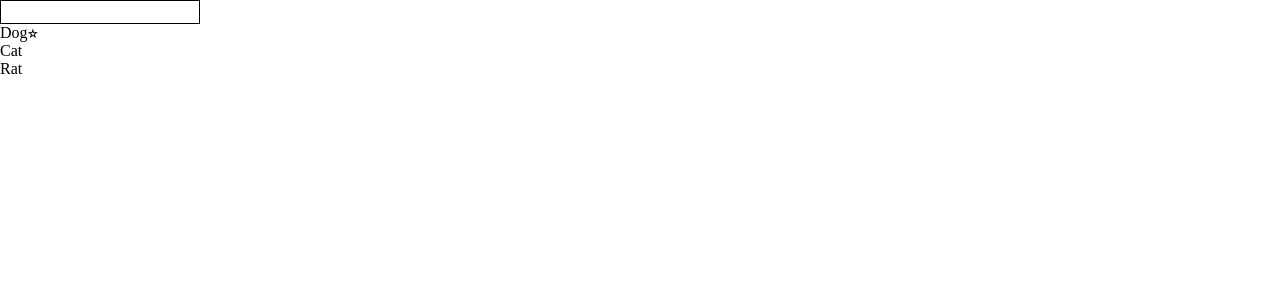
Repository: FujieRyou/react_practice
Page: /
The author's editor kept a copy of each file at every save. The page is drawn from the files as they stood at one save, then again after the next save.
The browser window is 1280 px wide. The pictures show the whole page.
The project was rebuilt for these pictures with package versions that can differ from the ones it lists, and the page was loaded fresh each time. Also part of the build but not shown: vite.config.js, src/components/testComponent.jsx, src/components/todoComponent.jsx, src/components/countUp.jsx, src/components/switchFlag.jsx, src/components/props1.jsx, src/components/profile.jsx, src/components/ivent.jsx and 4 more.

Above is the page before, as saved 2023-01-24 14:39:25.

After the next save:
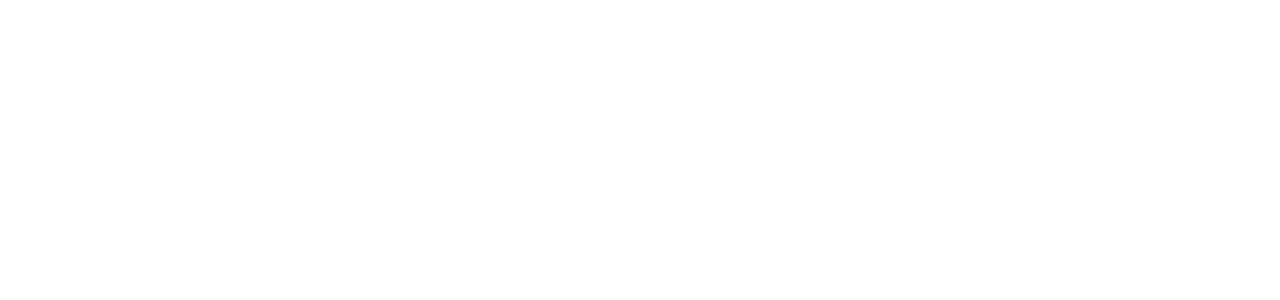
Console error: ReferenceError: animals is not defined
Saved 5 min 45 s later.
--- a/src/components/ConditionalBranch.jsx
+++ b/src/components/ConditionalBranch.jsx
@@ -1,6 +1,5 @@
 import { useState } from "react";
 
-const animals = ["Dog","Cat","Rat"];
 const ConditionalBranch = () =>{
     const [inputVal, setinputVal] = useState("")
 

After the 3 saves that followed:
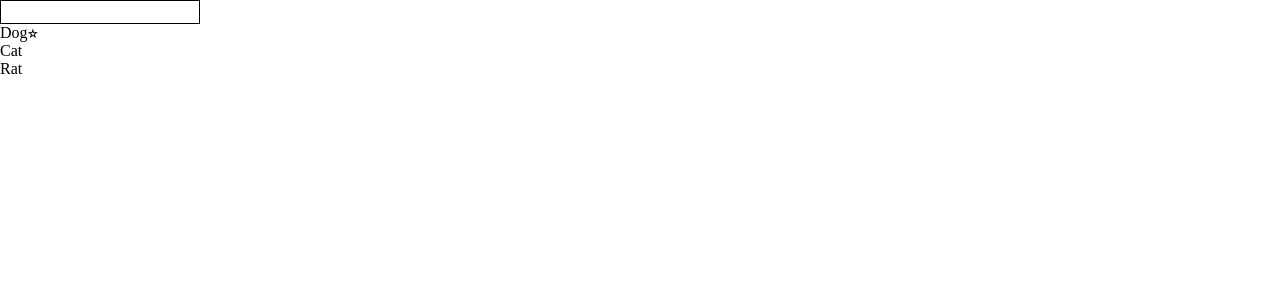
The error is gone.
The 3 saves are shown as one change because 2 left the picture as it was.
The last was saved 100 s later.
--- a/src/App.jsx
+++ b/src/App.jsx
@@ -22,6 +22,7 @@
     {name:"Hirosi",age:19,from:"東京"},
     {name:"Musasi",age:21,from:"名古屋"},
 ]
+const animals = ["Dog","Cat","Rat"];
 
 
   return(
@@ -61,7 +62,7 @@
 
     {/* <ArrayFilter /> */}
 
-    <ConditionalBranch />
+    <ConditionalBranch animals={animals} />
 
 
     </div>
--- a/src/components/ConditionalBranch.jsx
+++ b/src/components/ConditionalBranch.jsx
@@ -1,6 +1,6 @@
 import { useState } from "react";
 
-const ConditionalBranch = () =>{
+const ConditionalBranch = ( {animals} ) =>{
     const [inputVal, setinputVal] = useState("")
 
     return(
